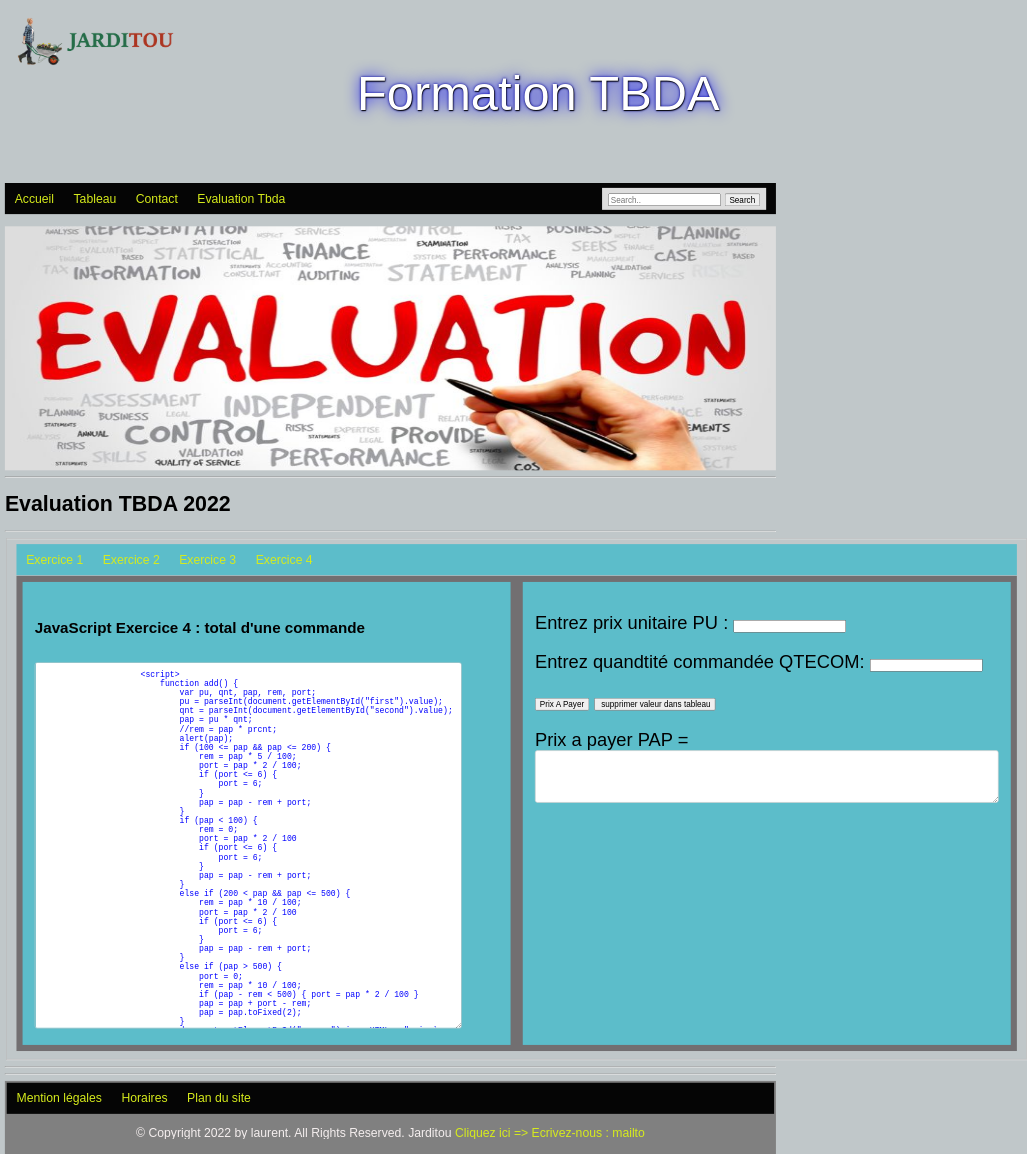
Repository: laurentbul/jarditou
Page: javascript/EvaluationTbda/eval_ex4.html
These files come from the project's save history. The page is drawn as it stood at one moment and after the next save; the edit follows.
The browser window is 1280 px wide. The page is 1684 px wide, so the pictures cover 1684 px, including what lies to the right of the window. The pictures show the whole page, at 61% of full size.
An inner scrolling area shows only its first screen.

Above is the page before, as saved 2022-12-15 03:15:53.

After the next save:
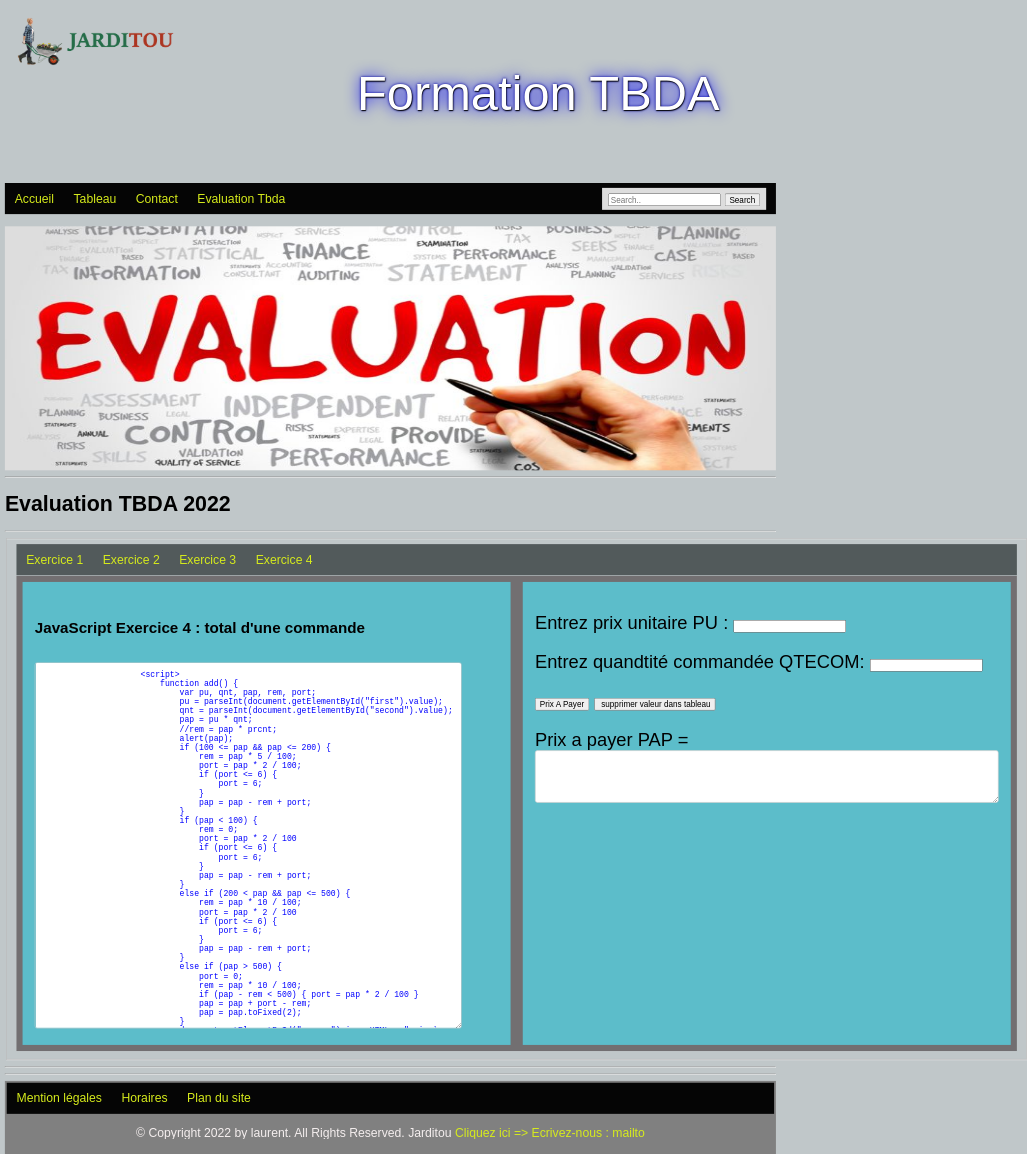
Saved 33 s later.
--- a/javascript/EvaluationTbda/eval_ex4.html
+++ b/javascript/EvaluationTbda/eval_ex4.html
@@ -56,7 +56,7 @@
     <hr>
     <fieldset>
             <nav style="padding:1px 0; font-size:20px;">
-                <ul style="background-color: #5cbdca;">
+                <ul style="background-color: #525a5b;">
                     <li><a href="eval_ex1.html">Exercice 1 </a></li>
                     <li><a href="eval_ex2.html">Exercice 2 </a></li>
                     <li><a href="eval_ex3.html">Exercice 3</a></li>
